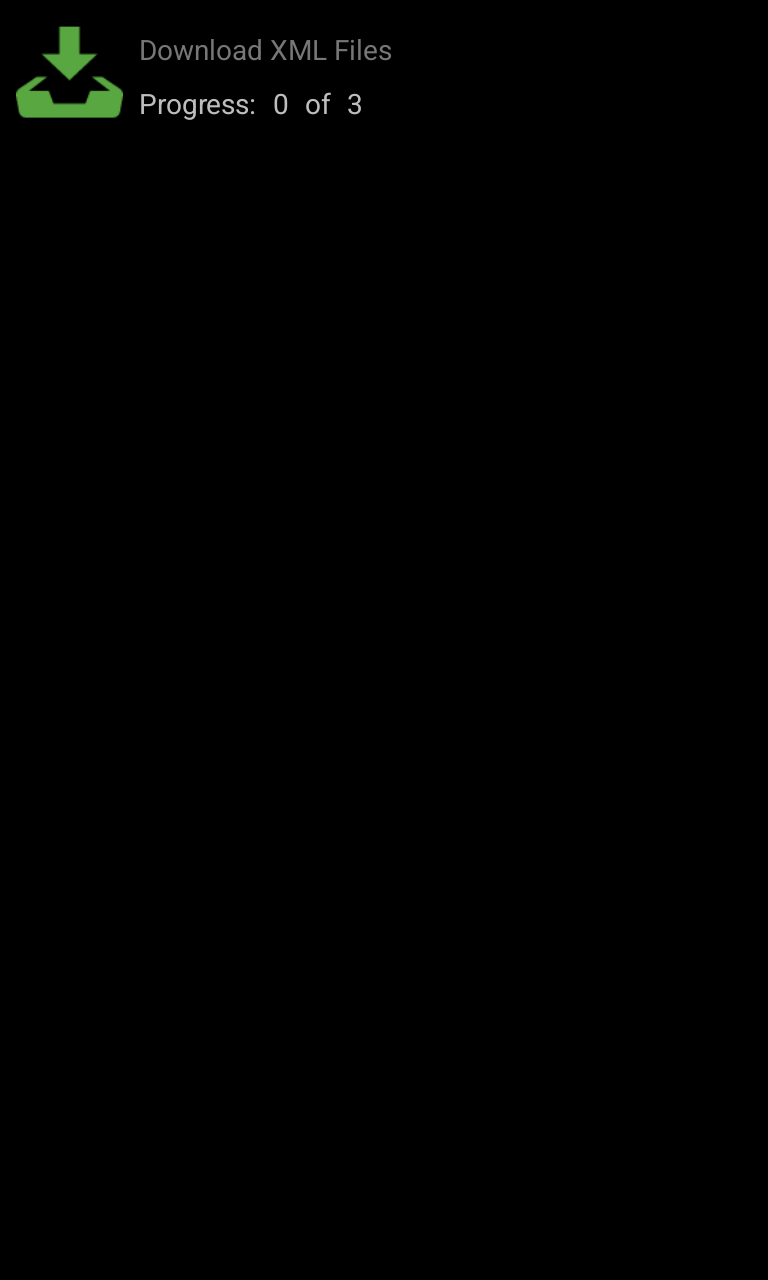
Repository: easyCZ/UoE-Projects
Layout: UG3-SELP/res/layout/download_and_parse.xml
These files come from the project's save history. The layout is drawn as it stood at one moment and after the next save; the edit follows.
It is drawn on a 768 x 1280 px phone screen (xhdpi) without system bars, with theme android:Theme.Black.NoTitleBar; the app's code is not run.

Above is the layout before, as saved 2013-12-06 15:21:58.

After the next save:
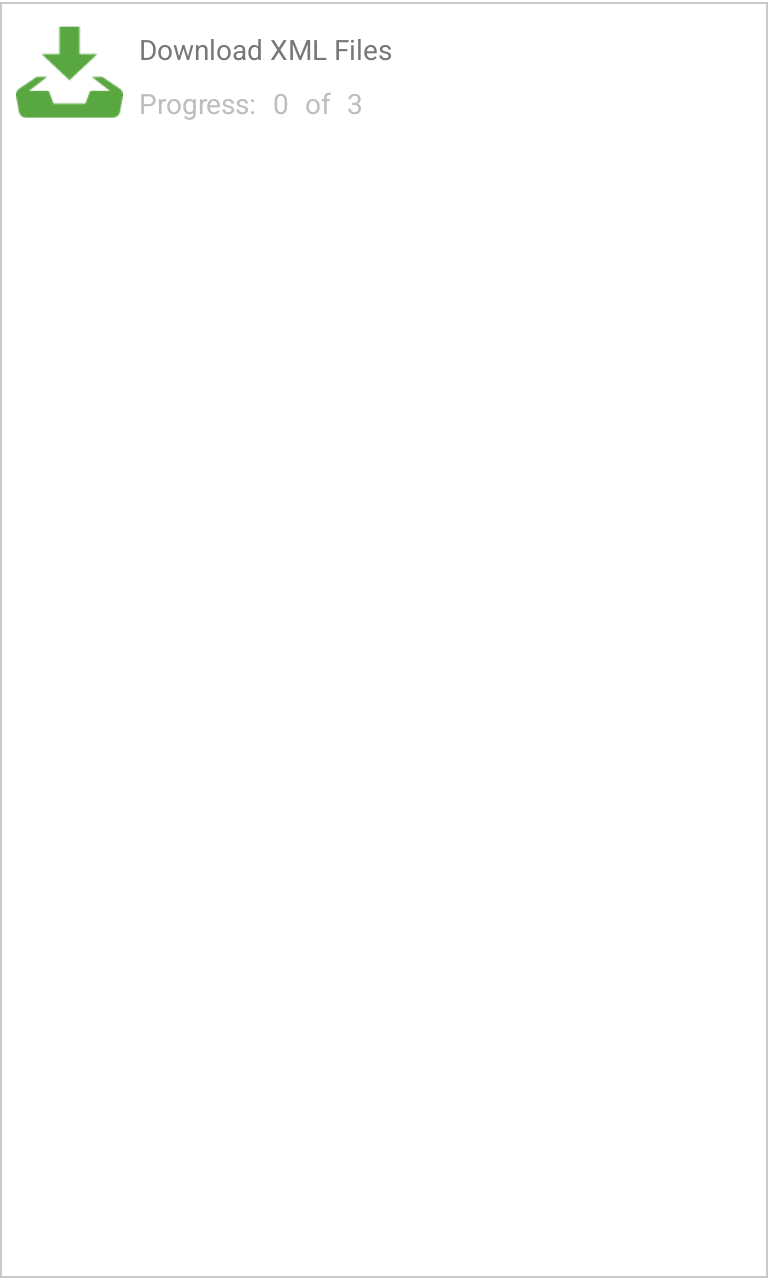
Saved 16 s later.
--- a/UG3-SELP/res/layout/download_and_parse.xml
+++ b/UG3-SELP/res/layout/download_and_parse.xml
@@ -2,7 +2,7 @@
 <RelativeLayout xmlns:android="http://schemas.android.com/apk/res/android"
     android:layout_width="match_parent"
     android:layout_height="match_parent"
-    android:background="" >
+	android:background="@drawable/download_and_parse_style" >
 
     <ImageView
         android:id="@+id/imageView1"
